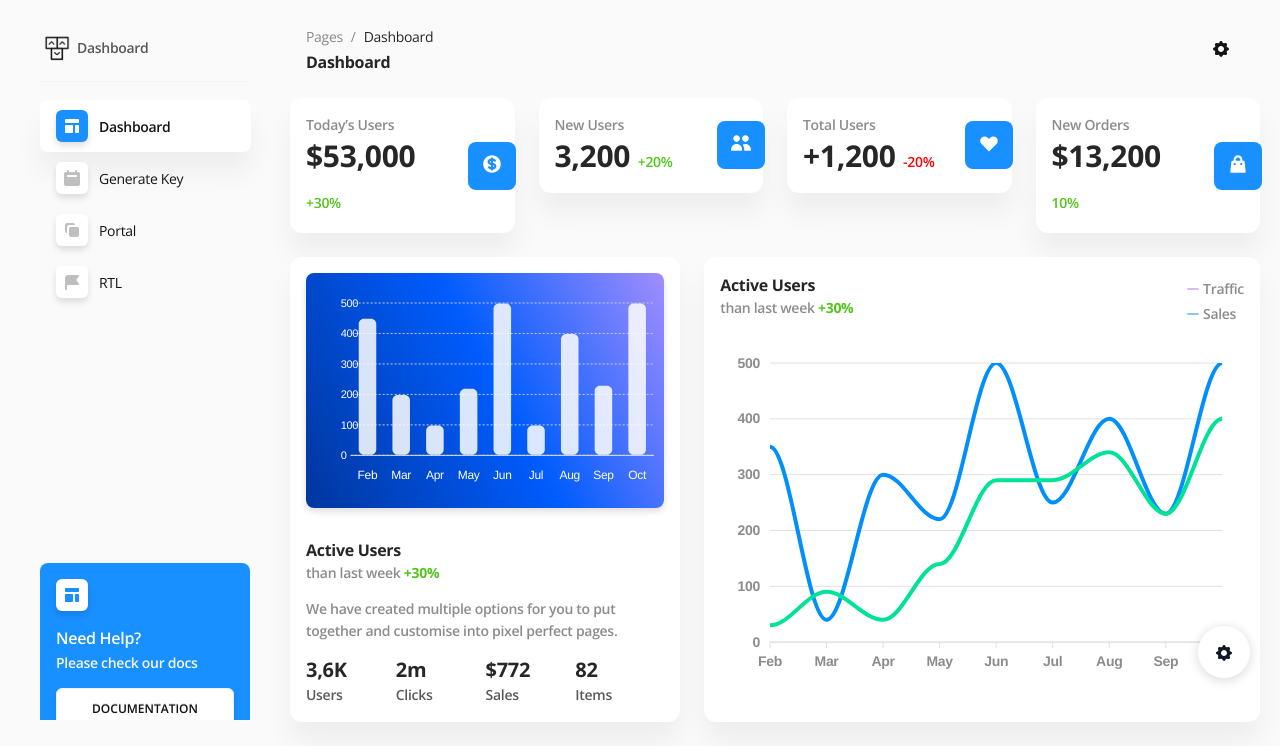
Repository: ahabalikhan/api-analytics-app-fe
Page: /
An editor plug-in stored every save of this project. The page is shown before and after the next save, followed by the edit.
The browser window is 1280 px wide. The pictures show the whole page.
The project was rebuilt for these pictures with package versions that can differ from the ones it lists, and the page was loaded fresh each time. Also part of the build but not shown: src/pages/Profile.js, src/components/layout/Footer.js. Imported but missing from the stored project, and not drawn on this page: src/pages/Billing, src/pages/Rtl, src/pages/Tables.

Above is the page before, as saved 2022-07-16 21:46:40.

### src/assets/styles/responsive.css
/*!
=========================================================
* Muse Ant Design Dashboard - v1.0.0
=========================================================
* Product Page: https://www.creative-tim.com/product/muse-ant-design-dashboard
* Copyright 2021 Creative Tim (https://www.creative-tim.com)
* Licensed under MIT (https://github.com/creativetimofficial/muse-ant-design-dashboard/blob/main/LICENSE.md)
* Coded by Creative Tim
=========================================================
* The above copyright notice and this permission notice shall be included in all copies or substantial portions of the Software.
*/
@media (min-width: 992px) {
  .layout-dashboard .ant-layout-footer {
    margin: 0 0 20px 20px;
  }
  .layout-dashboard .ant-layout-sider.sider-primary {
    margin: 20px 0 0 20px;
    padding: 13px 20px;
    height: calc(100vh - 20px);
  }
  .layout-dashboard .ant-layout {
    width: auto;
    flex-shrink: 1;
    margin-left: 270px;
  }
  .layout-dashboard .header-control .sidebar-toggler {
    display: none;
  }
}

@media (min-width: 768px) {
  .layout-dashboard .ant-layout-header {
    margin: 10px 20px;
  }
  .layout-dashboard .header-control {
    margin-top: 0;
  }
  .layout-dashboard .header-control .header-search {
    margin: 0 7px;
  }
  .layout-dashboard .header-control .btn-sign-in span {
    display: inline;
  }
  .profile-nav-bg {
    margin-top: -87.8px;
  }
  .card-profile-head {
    margin: -53px 24px 24px;
  }
}

@media (min-width: 992px) {
  .card-billing-info.ant-card .ant-card-body {
    display: flex;
  }
  .layout-dashboard-rtl {
    overflow: auto;
  }
  .layout-dashboard-rtl .ant-layout-sider.sider-primary {
    margin: 20px 20px 0 0;
    height: calc(100vh - 20px);
  }
  .layout-dashboard-rtl .ant-layout-sider.sider-primary {
    right: 0;
    left: auto;
  }
  .layout-dashboard-rtl .ant-layout-sider.sider-primary {
    right: 0;
    left: auto;
  }
  .layout-dashboard-rtl .ant-layout {
    margin-right: 270px;
    margin-left: 0;
  }
  .layout-dashboard-rtl .ant-layout-footer {
    margin: 0 20px 20px 0;
  }
}

@media (max-width: 768px) {
  .layout-dashboard.layout-dashboard-rtl .header-control {
    justify-content: flex-end;
  }
}

### src/components/layout/Header.js
import { useState, useEffect } from "react";

import {
  Row,
  Col,
  Breadcrumb,
  Badge,
  Dropdown,
  Button,
  List,
  Avatar,
  Input,
  Drawer,
  Typography,
  Switch,
} from "antd";

import {
  SearchOutlined,
  StarOutlined,
  TwitterOutlined,
  FacebookFilled,
} from "@ant-design/icons";

import { NavLink, Link } from "react-router-dom";
import styled from "styled-components";
import avtar from "../../assets/images/team-2.jpg";

const ButtonContainer = styled.div`
  .ant-btn-primary {
    background-color: #1890ff;
  }
  .ant-btn-success {
    background-color: #52c41a;
  }
  .ant-btn-yellow {
    background-color: #fadb14;
  }
  .ant-btn-black {
    background-color: #262626;
    color: #fff;
    border: 0px;
    border-radius: 5px;
  }
  .ant-switch-active {
    background-color: #1890ff;
  }
`;

const wifi = [
  <svg
    width="20"
    height="20"
    viewBox="0 0 107 107"
    version="1.1"
    xmlns="http://www.w3.org/2000/svg"
    key={0}
  >
    <g
      id="Page-1"
      stroke="none"
      stroke-width="1"
      fill="none"
      fillRule="evenodd"
    >
      <g id="logo-spotify" fill="#2EBD59" fillRule="nonzero">
        <path
          d="M53.5,0 C23.9517912,0 0,23.9517912 0,53.5 C0,83.0482088 23.9517912,107 53.5,107 C83.0482088,107 107,83.0482088 107,53.5 C107,23.9554418 83.0482088,0.00365063118 53.5,0 Z M78.0358922,77.1597407 C77.0757762,78.7368134 75.0204708,79.2296486 73.4506994,78.2695326 C60.8888775,70.5922552 45.0743432,68.8582054 26.4524736,73.1111907 C24.656363,73.523712 22.8675537,72.3993176 22.458683,70.6032071 C22.0461617,68.8070966 23.1669055,67.0182873 24.9666667,66.6094166 C45.3444899,61.9548618 62.8273627,63.9590583 76.9297509,72.5745479 C78.4995223,73.5419652 78.9996588,75.5899693 78.0358922,77.1597407 L78.0358922,77.1597407 Z M84.5814739,62.5973729 C83.373115,64.5614125 80.8030706,65.1747185 78.8426817,63.9700102 C64.4664961,55.1318321 42.5408052,52.5727397 25.5325145,57.7347322 C23.3275333,58.4027977 20.9984306,57.1579324 20.3267144,54.9566018 C19.6622996,52.7516206 20.9071648,50.4261685 23.1084954,49.7544524 C42.5371546,43.858683 66.6933811,46.7134766 83.2051859,56.8622313 C85.1692255,58.0705902 85.7898328,60.636984 84.5814739,62.5973729 Z M85.1436711,47.4253497 C67.8980894,37.1853292 39.4523712,36.2434664 22.9880246,41.2375299 C20.3449676,42.0406687 17.5485841,40.5475606 16.7490959,37.9045036 C15.9496076,35.2614466 17.4390652,32.4650631 20.0857728,31.6619243 C38.9850904,25.9267827 70.3987718,27.0329239 90.2509041,38.8171614 C92.627465,40.2299556 93.4087001,43.3001365 91.9995565,45.6730467 C90.5940635,48.0532583 87.5165814,48.838144 85.1436711,47.4253497 Z"
          id="Shape"
        ></path>
      </g>
    </g>
  </svg>,
];

const credit = [
  <svg
    width="20"
    height="20"
    viewBox="0 0 20 20"
    fill="none"
    xmlns="http://www.w3.org/2000/svg"
    key={0}
  >
    <path
      fill="#1890FF"
      d="M4 4C2.89543 4 2 4.89543 2 6V7H18V6C18 4.89543 17.1046 4 16 4H4Z"
    ></path>
    <path
      fill="#1890FF"
      fillRule="evenodd"
      clipRule="evenodd"
      d="M18 9H2V14C2 15.1046 2.89543 16 4 16H16C17.1046 16 18 15.1046 18 14V9ZM4 13C4 12.4477 4.44772 12 5 12H6C6.55228 12 7 12.4477 7 13C7 13.5523 6.55228 14 6 14H5C4.44772 14 4 13.5523 4 13ZM9 12C8.44772 12 8 12.4477 8 13C8 13.5523 8.44772 14 9 14H10C10.5523 14 11 13.5523 11 13C11 12.4477 10.5523 12 10 12H9Z"
    ></path>
  </svg>,
];

const clockicon = [
  <svg
    width="20"
    height="20"
    viewBox="0 0 20 20"
    fill="none"
    xmlns="http://www.w3.org/2000/svg"
    key={0}
  >
    <path
      fillRule="evenodd"
      clipRule="evenodd"
      d="M10 18C14.4183 18 18 14.4183 18 10C18 5.58172 14.4183 2 10 2C5.58172 2 2 5.58172 2 10C2 14.4183 5.58172 18 10 18ZM11 6C11 5.44772 10.5523 5 10 5C9.44772 5 9 5.44772 9 6V10C9 10.2652 9.10536 10.5196 9.29289 10.7071L12.1213 13.5355C12.5118 13.9261 13.145 13.9261 13.5355 13.5355C13.9261 13.145 13.9261 12.5118 13.5355 12.1213L11 9.58579V6Z"
      fill="#111827"
    ></path>
  </svg>,
];

const data = [
  {
    title: "New message from Sophie",
    description: <>{clockicon} 2 days ago</>,

    avatar: avtar,
  },
  {
    title: "New album by Travis Scott",
    description: <>{clockicon} 2 days ago</>,

    avatar: <Avatar shape="square">{wifi}</Avatar>,
  },
  {
    title: "Payment completed",
    description: <>{clockicon} 2 days ago</>,
    avatar: <Avatar shape="square">{credit}</Avatar>,
  },
];


const logsetting = [
  <svg
    width="20"
    height="20"
    viewBox="0 0 20 20"
    fill="none"
    xmlns="http://www.w3.org/2000/svg"
    key={0}
  >
    <path
      fillRule="evenodd"
      clipRule="evenodd"
      d="M11.4892 3.17094C11.1102 1.60969 8.8898 1.60969 8.51078 3.17094C8.26594 4.17949 7.11045 4.65811 6.22416 4.11809C4.85218 3.28212 3.28212 4.85218 4.11809 6.22416C4.65811 7.11045 4.17949 8.26593 3.17094 8.51078C1.60969 8.8898 1.60969 11.1102 3.17094 11.4892C4.17949 11.7341 4.65811 12.8896 4.11809 13.7758C3.28212 15.1478 4.85218 16.7179 6.22417 15.8819C7.11045 15.3419 8.26594 15.8205 8.51078 16.8291C8.8898 18.3903 11.1102 18.3903 11.4892 16.8291C11.7341 15.8205 12.8896 15.3419 13.7758 15.8819C15.1478 16.7179 16.7179 15.1478 15.8819 13.7758C15.3419 12.8896 15.8205 11.7341 16.8291 11.4892C18.3903 11.1102 18.3903 8.8898 16.8291 8.51078C15.8205 8.26593 15.3419 7.11045 15.8819 6.22416C16.7179 4.85218 15.1478 3.28212 13.7758 4.11809C12.8896 4.65811 11.7341 4.17949 11.4892 3.17094ZM10 13C11.6569 13 13 11.6569 13 10C13 8.34315 11.6569 7 10 7C8.34315 7 7 8.34315 7 10C7 11.6569 8.34315 13 10 13Z"
      fill="#111827"
    ></path>
  </svg>,
];


const toggler = [
  <svg
    width="20"
    height="20"
    xmlns="http://www.w3.org/2000/svg"
    viewBox="0 0 448 512"
    key={0}
  >
    <path d="M16 132h416c8.837 0 16-7.163 16-16V76c0-8.837-7.163-16-16-16H16C7.163 60 0 67.163 0 76v40c0 8.837 7.163 16 16 16zm0 160h416c8.837 0 16-7.163 16-16v-40c0-8.837-7.163-16-16-16H16c-8.837 0-16 7.163-16 16v40c0 8.837 7.163 16 16 16zm0 160h416c8.837 0 16-7.163 16-16v-40c0-8.837-7.163-16-16-16H16c-8.837 0-16 7.163-16 16v40c0 8.837 7.163 16 16 16z"></path>
  </svg>,
];

const setting = [
  <svg
    width="20"
    height="20"
    viewBox="0 0 20 20"
    fill="none"
    xmlns="http://www.w3.org/2000/svg"
    key={0}
  >
    <path
      fillRule="evenodd"
      clipRule="evenodd"
      d="M11.4892 3.17094C11.1102 1.60969 8.8898 1.60969 8.51078 3.17094C8.26594 4.17949 7.11045 4.65811 6.22416 4.11809C4.85218 3.28212 3.28212 4.85218 4.11809 6.22416C4.65811 7.11045 4.17949 8.26593 3.17094 8.51078C1.60969 8.8898 1.60969 11.1102 3.17094 11.4892C4.17949 11.7341 4.65811 12.8896 4.11809 13.7758C3.28212 15.1478 4.85218 16.7179 6.22417 15.8819C7.11045 15.3419 8.26594 15.8205 8.51078 16.8291C8.8898 18.3903 11.1102 18.3903 11.4892 16.8291C11.7341 15.8205 12.8896 15.3419 13.7758 15.8819C15.1478 16.7179 16.7179 15.1478 15.8819 13.7758C15.3419 12.8896 15.8205 11.7341 16.8291 11.4892C18.3903 11.1102 18.3903 8.8898 16.8291 8.51078C15.8205 8.26593 15.3419 7.11045 15.8819 6.22416C16.7179 4.85218 15.1478 3.28212 13.7758 4.11809C12.8896 4.65811 11.7341 4.17949 11.4892 3.17094ZM10 13C11.6569 13 13 11.6569 13 10C13 8.34315 11.6569 7 10 7C8.34315 7 7 8.34315 7 10C7 11.6569 8.34315 13 10 13Z"
      fill="#111827"
    ></path>
  </svg>,
];

function Header({
  placement,
  name,
  subName,
  onPress,
  handleSidenavColor,
  handleSidenavType,
  handleFixedNavbar,
}) {
  const { Title, Text } = Typography;

  const [visible, setVisible] = useState(false);
  const [sidenavType, setSidenavType] = useState("transparent");

  useEffect(() => window.scrollTo(0, 0));

  const showDrawer = () => setVisible(true);
  const hideDrawer = () => setVisible(false);

  return (
    <>
      <div className="setting-drwer" onClick={showDrawer}>
        {setting}
      </div>
      <Row gutter={[24, 0]}>
        <Col span={24} md={6}>
          <Breadcrumb>
            <Breadcrumb.Item>
              <NavLink to="/">Pages</NavLink>
            </Breadcrumb.Item>
            <Breadcrumb.Item style={{ textTransform: "capitalize" }}>
              {name.replace("/", "")}
            </Breadcrumb.Item>
          </Breadcrumb>
          <div className="ant-page-header-heading">
            <span
              className="ant-page-header-heading-title"
              style={{ textTransform: "capitalize" }}
            >
              {subName.replace("/", "")}
            </span>
          </div>
        </Col>
        <Col span={24} md={18} className="header-control">
          <Button type="link" onClick={showDrawer}>
            {logsetting}
          </Button>
          <Button
            type="link"
            className="sidebar-toggler"
            onClick={() => onPress()}
          >
            {toggler}
          </Button>
          <Drawer
            className="settings-drawer"
            mask={true}
            width={360}
            onClose={hideDrawer}
            placement={placement}
            visible={visible}
          >
            <div layout="vertical">
              <div className="header-top">
                <Title level={4}>
                  Configurator
                  <Text className="subtitle">See our dashboard options.</Text>
                </Title>
              </div>

              <div className="sidebar-color">
                <Title level={5}>Sidebar Color</Title>
                <div className="theme-color mb-2">
                  <ButtonContainer>
                    <Button
                      type="primary"
                      onClick={() => handleSidenavColor("#1890ff")}
                    >
                      1
                    </Button>
                    <Button
                      type="success"
                      onClick={() => handleSidenavColor("#52c41a")}
                    >
                      1
                    </Button>
                    <Button
                      type="danger"
                      onClick={() => handleSidenavColor("#d9363e")}
                    >
                      1
                    </Button>
                    <Button
                      type="yellow"
                      onClick={() => handleSidenavColor("#fadb14")}
                    >
                      1
                    </Button>

                    <Button
                      type="black"
                      onClick={() => handleSidenavColor("#111")}
                    >
                      1
                    </Button>
                  </ButtonContainer>
                </div>

                <div className="sidebarnav-color mb-2">
                  <Title level={5}>Sidenav Type</Title>
                  <Text>Choose between 2 different sidenav types.</Text>
                  <ButtonContainer className="trans">
                    <Button
                      type={sidenavType === "transparent" ? "primary" : "white"}
                      onClick={() => {
                        handleSidenavType("transparent");
                        setSidenavType("transparent");
                      }}
                    >
                      TRANSPARENT
                    </Button>
                    <Button
                      type={sidenavType === "white" ? "primary" : "white"}
                      onClick={() => {
                        handleSidenavType("#fff");
                        setSidenavType("white");
                      }}
                    >
                      WHITE
                    </Button>
                  </ButtonContainer>
                </div>
                <div className="fixed-nav mb-2">
                  <Title level={5}>Navbar Fixed </Title>
                  <Switch onChange={(e) => handleFixedNavbar(e)} />
                </div>
                <div className="ant-docment">
                  <ButtonContainer>
                    <Button type="black" size="large">VIEW DOCUMENTATION</Button>
                  </ButtonContainer>
                </div>
              </div>
            </div>
          </Drawer>
          {/* <Link to="/sign-in" className="btn-sign-in">
            {profile}
            <span>Generate Key</span>
          </Link> */}
        </Col>
      </Row>
    </>
  );
}

export default Header;

Loaded but not shown: public/index.html (common file); src/index.js (common file); src/pages/Home.js (487 lines, source omitted); src/pages/SignIn.js (200 lines, source omitted); src/pages/Portal.js (171 lines, source omitted); src/components/layout/Sidenav.js (157 lines, source omitted); src/components/layout/Main.js (118 lines, source omitted); src/components/chart/EChart.js (74 lines, source omitted); src/components/chart/configs/eChart.js (106 lines, source omitted); src/components/chart/LineChart.js (50 lines, source omitted); src/components/chart/configs/lineChart.js (87 lines, source omitted); src/App.js (33 lines, source omitted); src/assets/styles/main.css (3043 lines, source omitted)

After the next save:
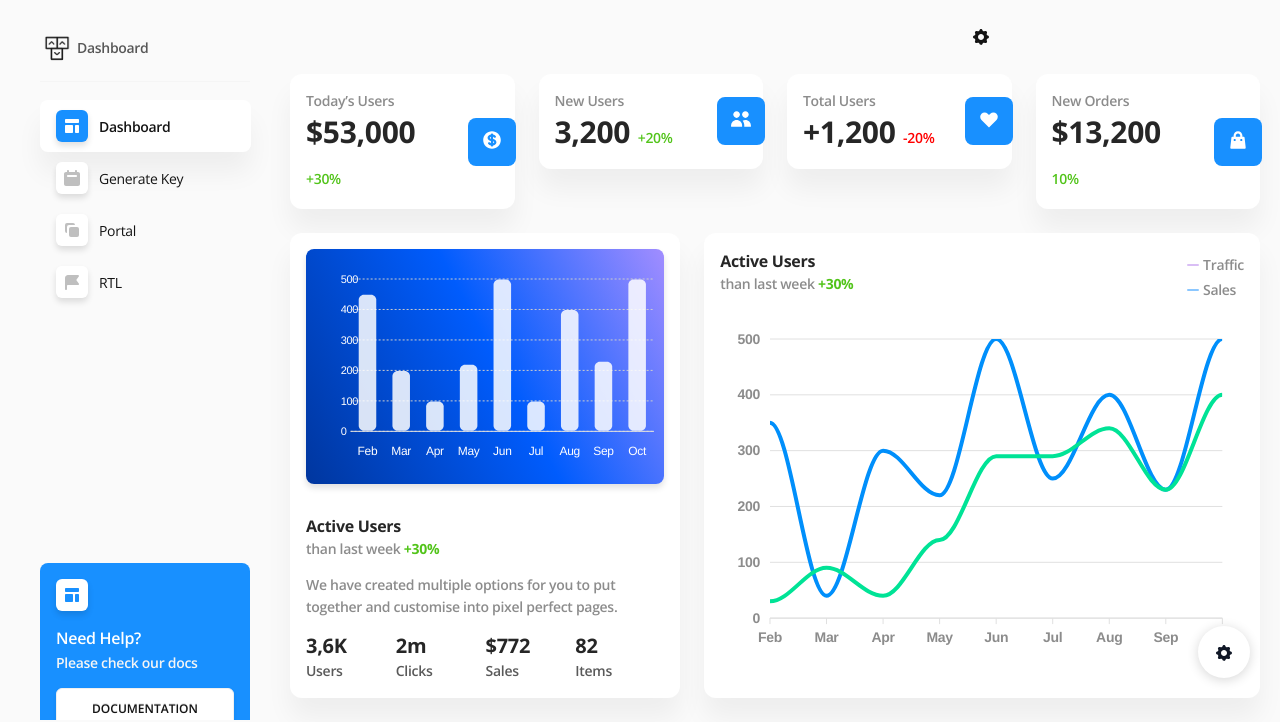
Saved 69 s later.
--- a/src/components/layout/Header.js
+++ b/src/components/layout/Header.js
@@ -208,7 +208,7 @@
         {setting}
       </div>
       <Row gutter={[24, 0]}>
-        <Col span={24} md={6}>
+        {/* <Col span={24} md={6}>
           <Breadcrumb>
             <Breadcrumb.Item>
               <NavLink to="/">Pages</NavLink>
@@ -225,7 +225,7 @@
               {subName.replace("/", "")}
             </span>
           </div>
-        </Col>
+        </Col> */}
         <Col span={24} md={18} className="header-control">
           <Button type="link" onClick={showDrawer}>
             {logsetting}

After the save that followed:
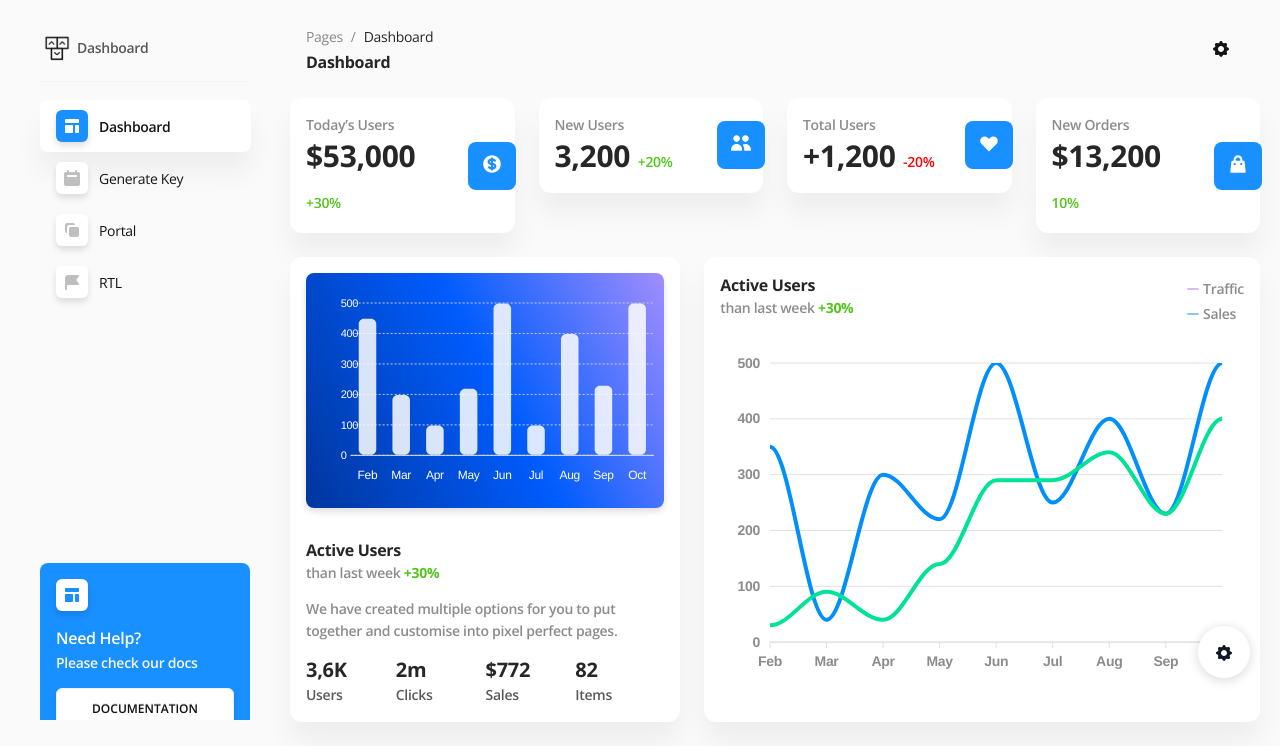
Saved 9 s later.
--- a/src/components/layout/Header.js
+++ b/src/components/layout/Header.js
@@ -208,7 +208,7 @@
         {setting}
       </div>
       <Row gutter={[24, 0]}>
-        {/* <Col span={24} md={6}>
+        <Col span={24} md={6}>
           <Breadcrumb>
             <Breadcrumb.Item>
               <NavLink to="/">Pages</NavLink>
@@ -225,7 +225,7 @@
               {subName.replace("/", "")}
             </span>
           </div>
-        </Col> */}
+        </Col>
         <Col span={24} md={18} className="header-control">
           <Button type="link" onClick={showDrawer}>
             {logsetting}
